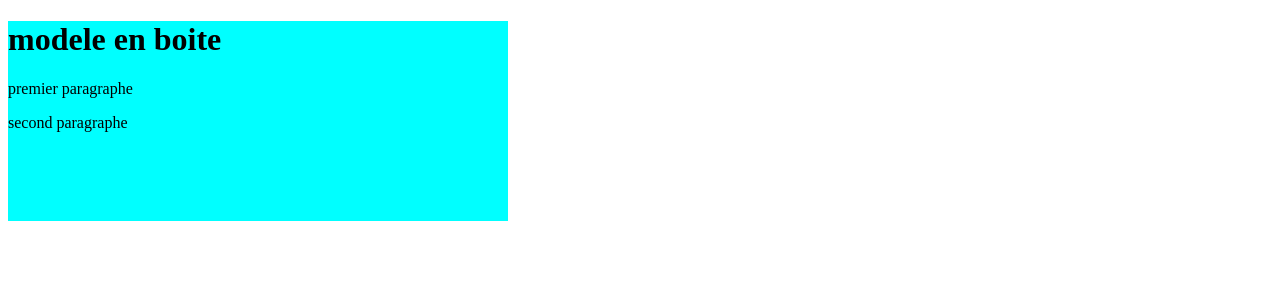
Repository: Poulpyto/fitec
Page: workspaceHtmlFlo/PremierTp_htmlCss/WebContent/ModelenBoite.html
The author's editor kept a copy of each file at every save. The page is drawn from the files as they stood at one save, then again after the next save.
The browser window is 1280 px wide. The pictures show the whole page.

Above is the page before, as saved 2017-04-04 08:00:48.

After the next save:
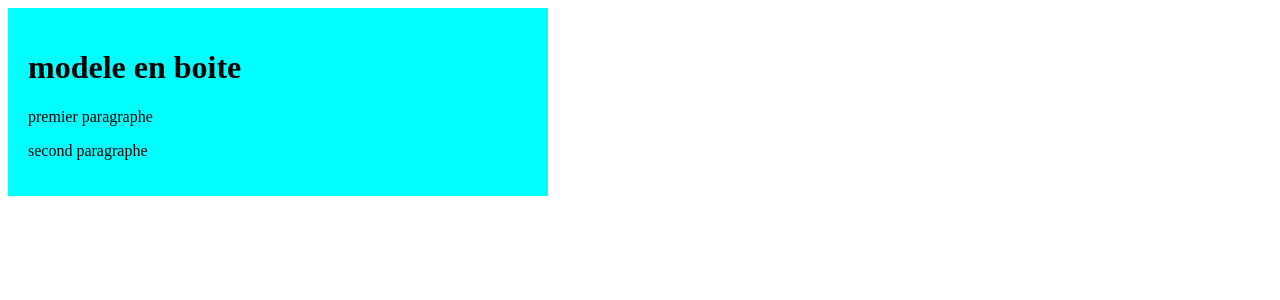
Saved 48 s later.
--- a/workspaceHtmlFlo/PremierTp_htmlCss/WebContent/css/style5.css
+++ b/workspaceHtmlFlo/PremierTp_htmlCss/WebContent/css/style5.css
@@ -3,6 +3,6 @@
 div {
 	background-color: cyan;
 	width:500px;
-	height: 200px;
-	padding: none;
+	padding: 20px;
+
 }
